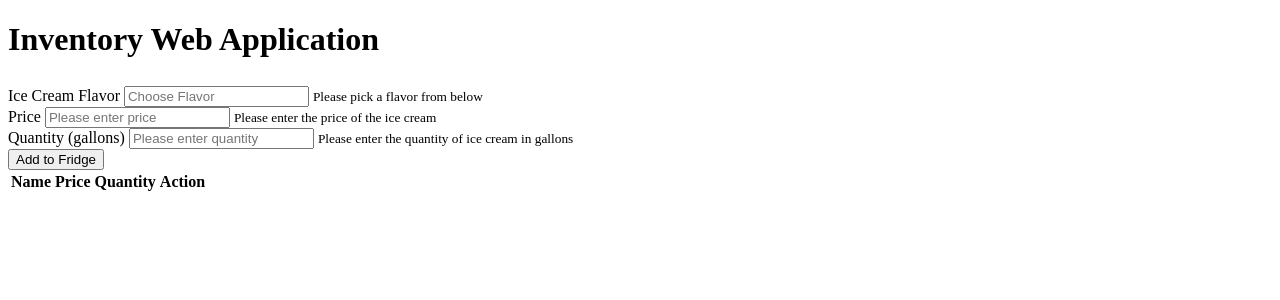
Repository: addisjackson/inventory-web-application
Page: index.html
The author's editor kept a copy of each file at every save. The page is drawn from the files as they stood at one save, then again after the next save.
The browser window is 1280 px wide. The pictures show the whole page.

Above is the page before, as saved 2023-06-27 03:24:02.

After the next save:
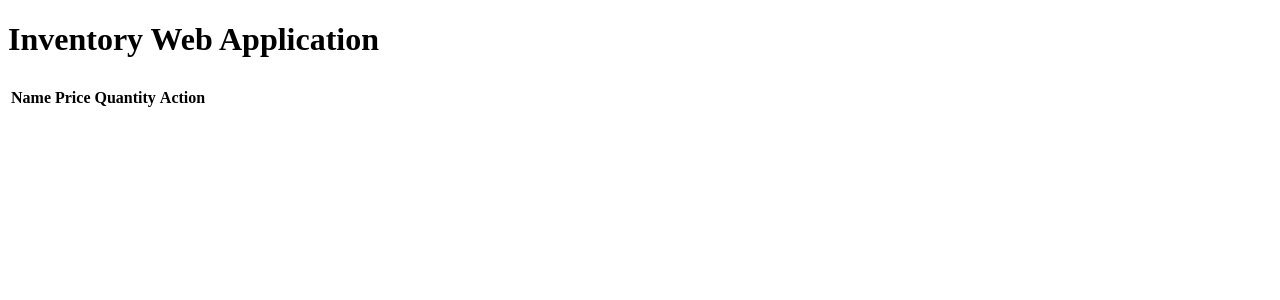
Saved 2 min 32 s later.
--- a/index.html
+++ b/index.html
@@ -24,43 +24,43 @@
                             </td>
                         </tr>
                     </table>
-                    <div class="form-control">
-                        <label for="iceCreamNames">Ice Cream Flavor</label>
-                        <input list="ice-cream-flavors" id="iceCreamNames" name="iceCreamNames" placeholder="Choose Flavor" onchange="if (this.value=='10000'){userselect.style.visibility='visible'}else {userselect.style.visibility='hidden'};">
-                        <small>Please pick a flavor from below</small>
-                        <datalist id="ice-cream-flavors">
-                            <option value="Vanilla"></option>
-                            <option value="Chocolate"></option>
-                            <option value="Strawberry"></option>
-                            <option value="Cookies and Cream"></option>
-                            <option value="Cookie Dough"></option>
-                            <option value="Butter Pecan"></option>
-                            <option value="Birthday Cake"></option>
-                            <option value="Rocky Road"></option>
-                            <option value="Coffee"></option>
-                            <option value="Pistachio"></option>
-                            <option value="Chocolate Chip"></option>
-                            <option value="Chocolate Chip Cookie Dough"></option>
-                            <option value="Chocolate Peanut Butter"></option>
-                            <option value="Chocolate Marshmallow"></option>
-                            <option value="Chocolate Chip Mint"></option>
-                            <option value="Chocolate Fudge Brownie"></option>
-                            <option value="10000">Flavor not listed</option>
-                        </datalist>
-                        <input type="textbox" name="10000" id="input" style="visibility:hidden;">
-                    </div>
-                    <div class="form-control">
-                        <label for="price">Price</label>
-                        <input type="number" id="price" name="price" placeholder="Please enter price" required>
-                        <small>Please enter the price of the ice cream</small>
-                    </div>
-                    <div class="form-control">
-                        <label for="quantity">Quantity (gallons)</label>
-                        <input type="number" id="quantity" name="quantity" placeholder="Please enter quantity" required>
-                        <small>Please enter the quantity of ice cream in gallons</small>
-                    </div>
-                    <button type="submit">Add to Fridge</button>
-                </form>
+
+
+
+
+
+
+
+
+
+
+
+
+
+
+
+
+
+
+
+
+
+
+
+
+
+
+
+
+
+
+
+
+
+
+
+
+
 
             </div>
             <div class="table">
